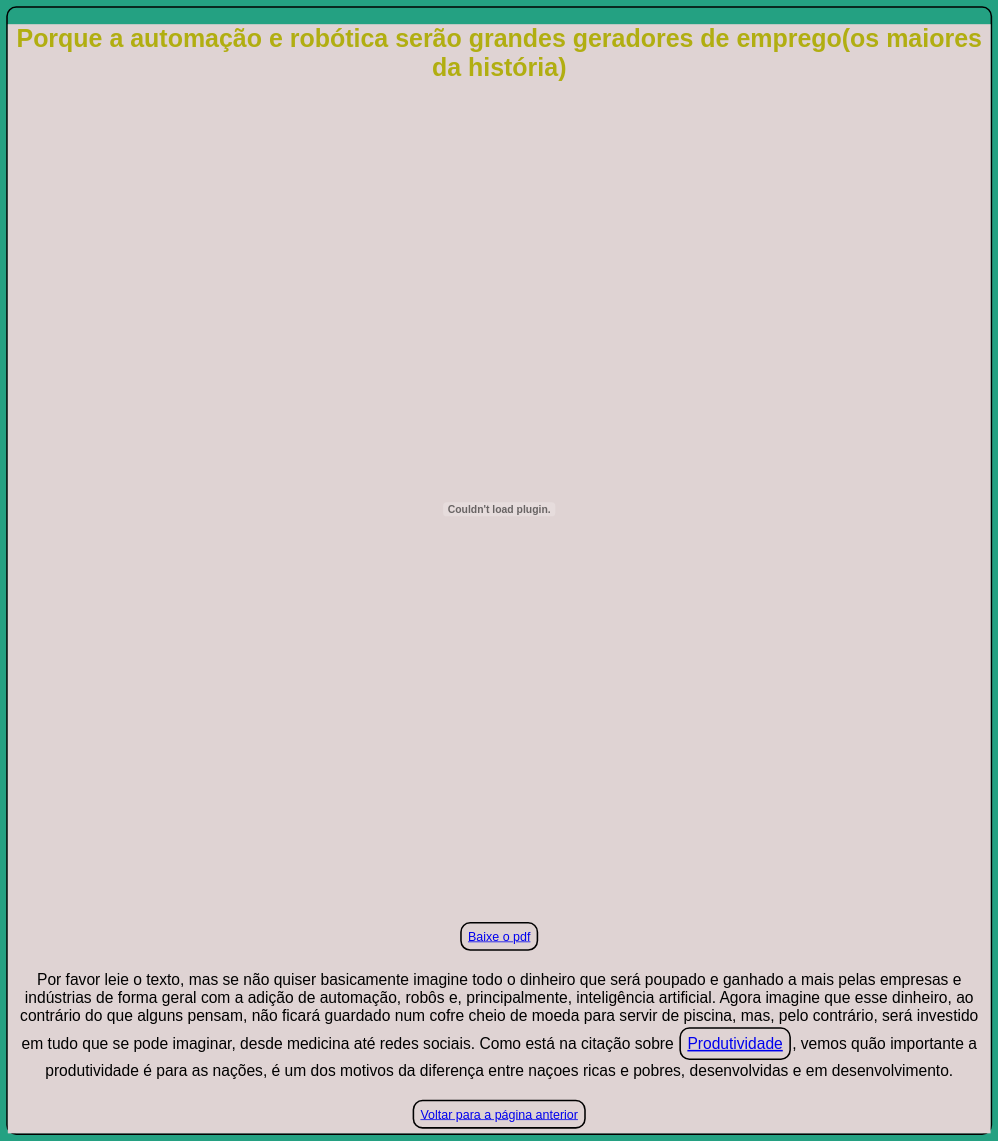
Repository: batmit/FutureFundation.github.io-1
Page: menu/articles/economia/automação.html
An editor plug-in stored every save of this project. The page is shown before and after the next save, followed by the edit.
The browser window is 1280 px wide. The pictures show the whole page, at 78% of full size.

Above is the page before, as saved 2021-11-07 17:47:58.

After the next save:
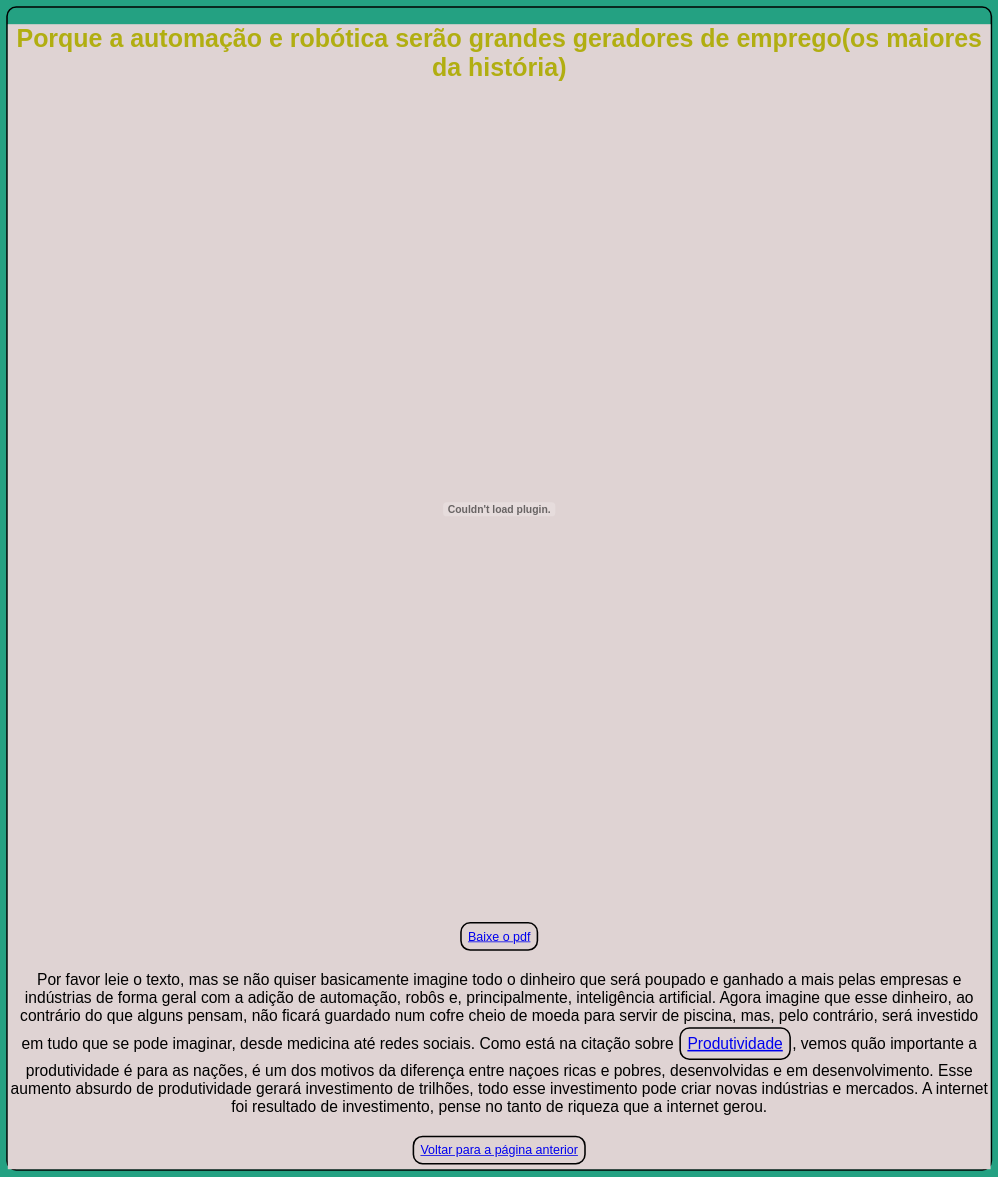
Saved 2 min 31 s later.
--- a/menu/articles/economia/automação.html
+++ b/menu/articles/economia/automação.html
@@ -21,7 +21,7 @@
         <p></p>
 
         <a href="./03. A automação e a robótica, ao contrário do imaginado, serão os grandes geradores dos empregos futuros (IMB).pdf">Baixe o pdf</a>
-        <p>Por favor leie o texto, mas se não quiser basicamente imagine todo o dinheiro que será poupado e ganhado a mais pelas empresas e indústrias de forma geral com a adição de automação, robôs e, principalmente, inteligência artificial. Agora imagine que esse dinheiro, ao contrário do que alguns pensam, não ficará guardado num cofre cheio de moeda para servir de piscina, mas, pelo contrário, será investido em tudo que se pode imaginar, desde medicina até redes sociais. Como está na citação sobre <a href="../speechs/produtividade.html">Produtividade</a>, vemos quão importante a produtividade é para as nações, é um dos motivos da diferença entre naçoes ricas e pobres, desenvolvidas e em desenvolvimento. </p>
+        <p>Por favor leie o texto, mas se não quiser basicamente imagine todo o dinheiro que será poupado e ganhado a mais pelas empresas e indústrias de forma geral com a adição de automação, robôs e, principalmente, inteligência artificial. Agora imagine que esse dinheiro, ao contrário do que alguns pensam, não ficará guardado num cofre cheio de moeda para servir de piscina, mas, pelo contrário, será investido em tudo que se pode imaginar, desde medicina até redes sociais. Como está na citação sobre <a href="../speechs/produtividade.html">Produtividade</a>, vemos quão importante a produtividade é para as nações, é um dos motivos da diferença entre naçoes ricas e pobres, desenvolvidas e em desenvolvimento. Esse aumento absurdo de produtividade gerará investimento de trilhões, todo esse investimento pode criar novas indústrias e mercados. A internet foi resultado de investimento, pense no tanto de riqueza que a internet gerou. </p>
 
         <p></p>
         <a href="./economia.html">Voltar para a página anterior</a>
